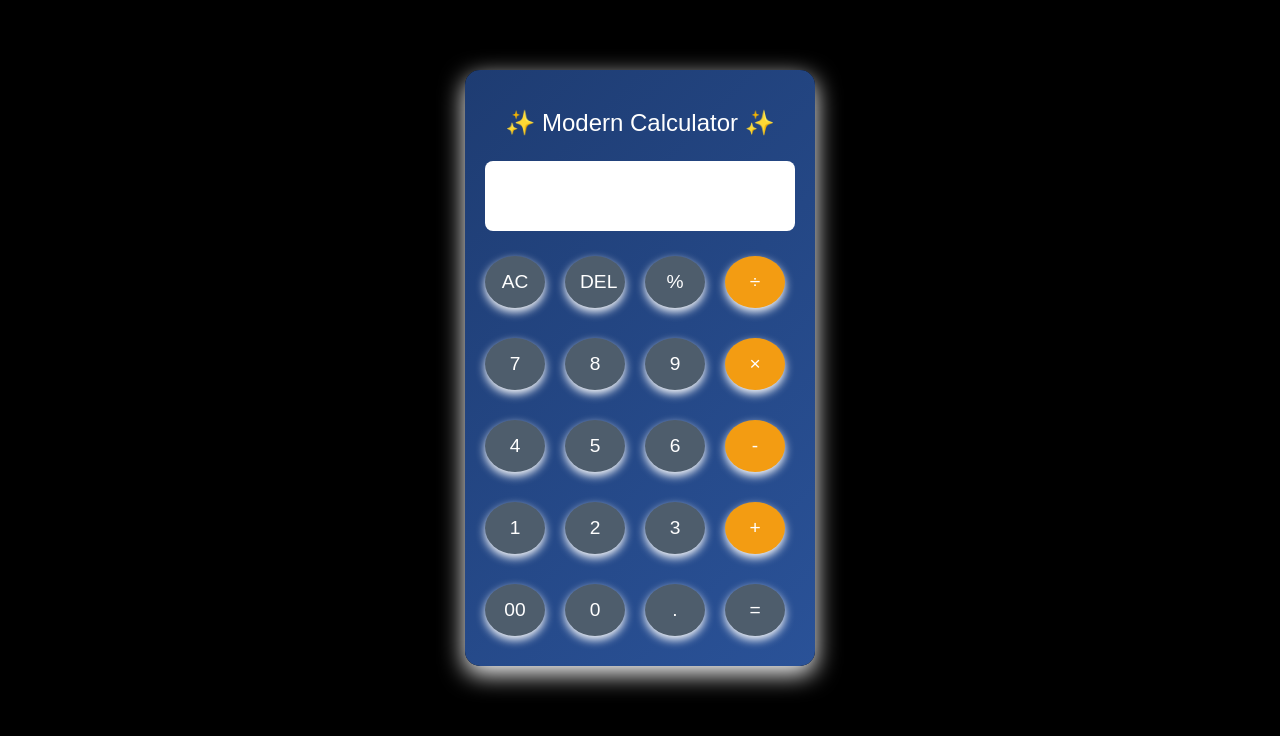
Repository: hawamubarakk/Calculator
Page: calculator.html
These files come from the project's save history. The page is drawn as it stood at one moment and after the next save; the edit follows.
The browser window is 1280 px wide. The pictures show the whole page.

Above is the page before, as saved 2025-08-15 22:25:09.

After the next save:
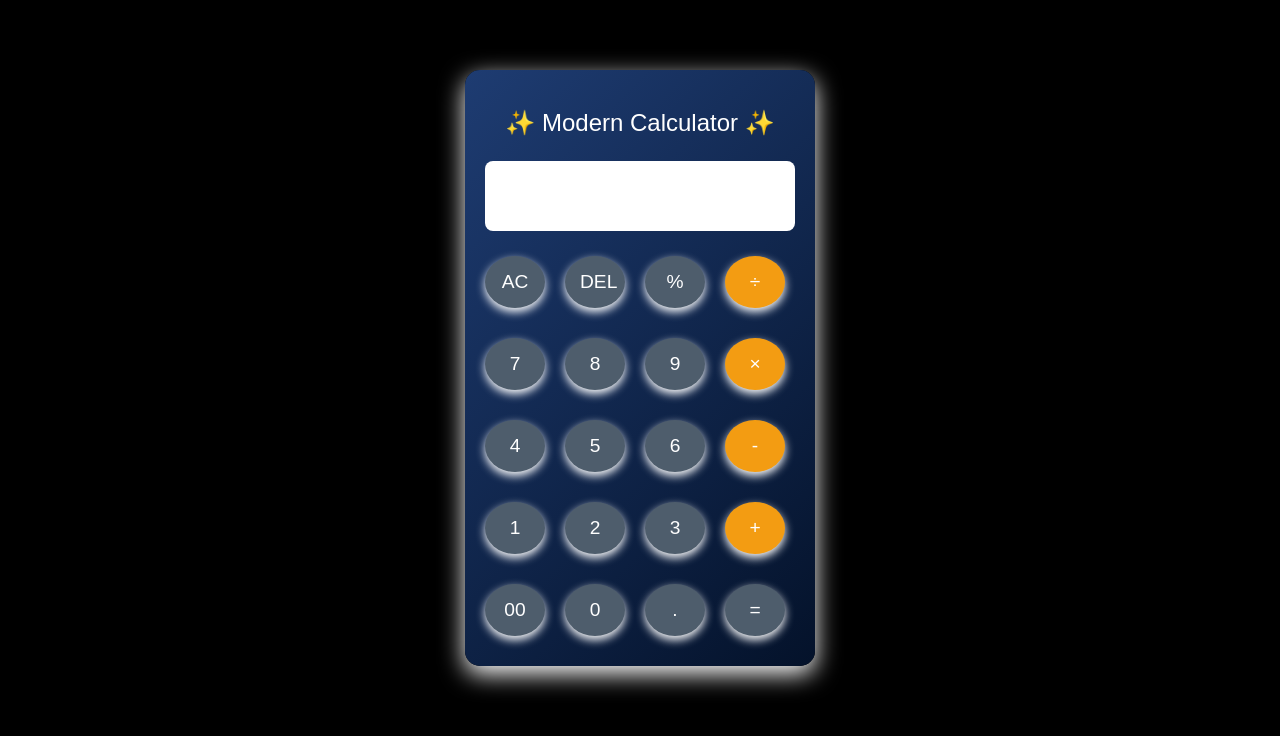
Saved 61 s later.
--- a/style.css
+++ b/style.css
@@ -9,7 +9,7 @@ body {
 }
 
 .calculator-container {
-  background: linear-gradient(135deg, #1e3c72, #2a5298);
+  background: linear-gradient(135deg, #1e3c72, #04122a);
   padding: 20px;
   border-radius: 15px;
   box-shadow: 0 8px 25px white;
